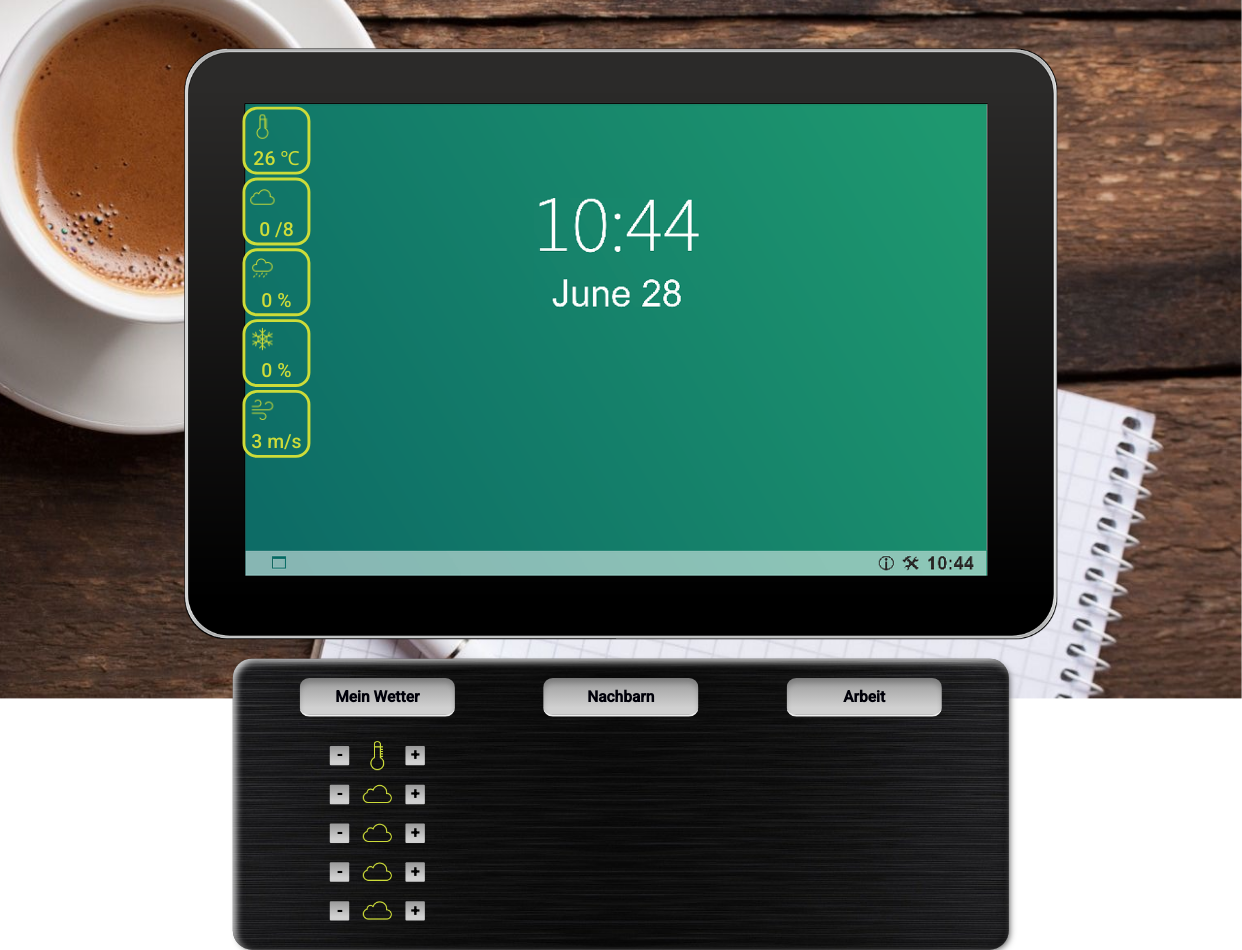
Repository: NadiaSchmitz/wetter.githab.io
Page: index.html
The author's editor kept a record of every edit. The page is drawn from the files as they stood at one moment, then again after the next edit.
The browser window is 1280 px wide. The pictures show the whole page, at 97% of full size.

Above is the page before.
Not found: styles/background1.css
Not found: styles/background2.css
Not found: styles/background3.css

After the next edit:
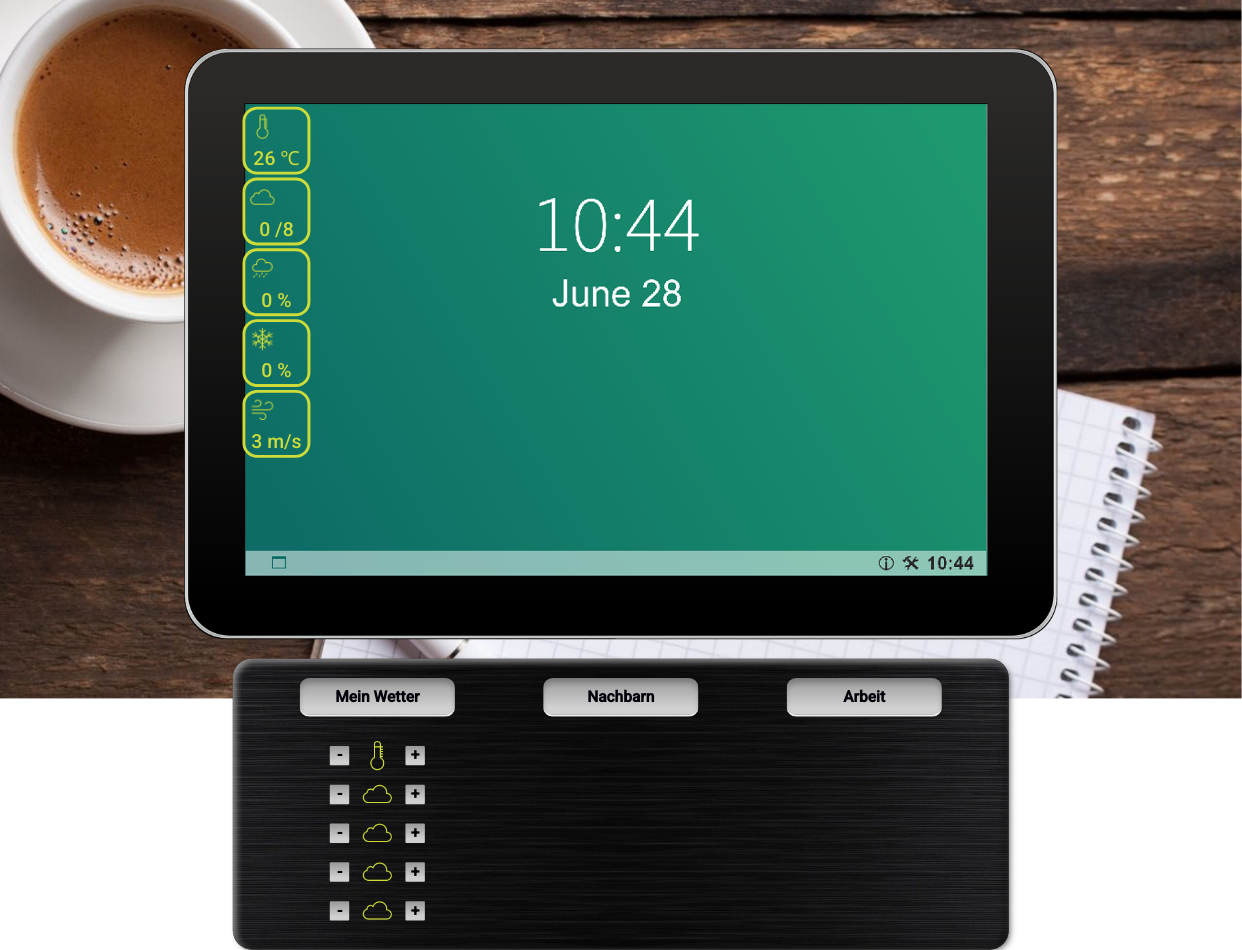
The edit:
--- a/styles/style.css
+++ b/styles/style.css
@@ -79,7 +79,7 @@
   background-size: cover;
   border-radius: 20px;
   text-align: center;
-  box-shadow: inset rgba(0,0,0,.5) -3px -3px 8px, inset rgba(255,255,255,.9) 3px 3px 8px, rgba(0,0,0,.8) 3px 3px 8px -3px;
+  box-shadow: inset rgba(0,0,0,.5) -3px -3px 8px, inset rgb(179 178 178 / 90%) 3px 3px 8px, rgba(0,0,0,.8) 3px 3px 8px -3px;
   margin: 0 auto;
   padding: 20px;
 }
